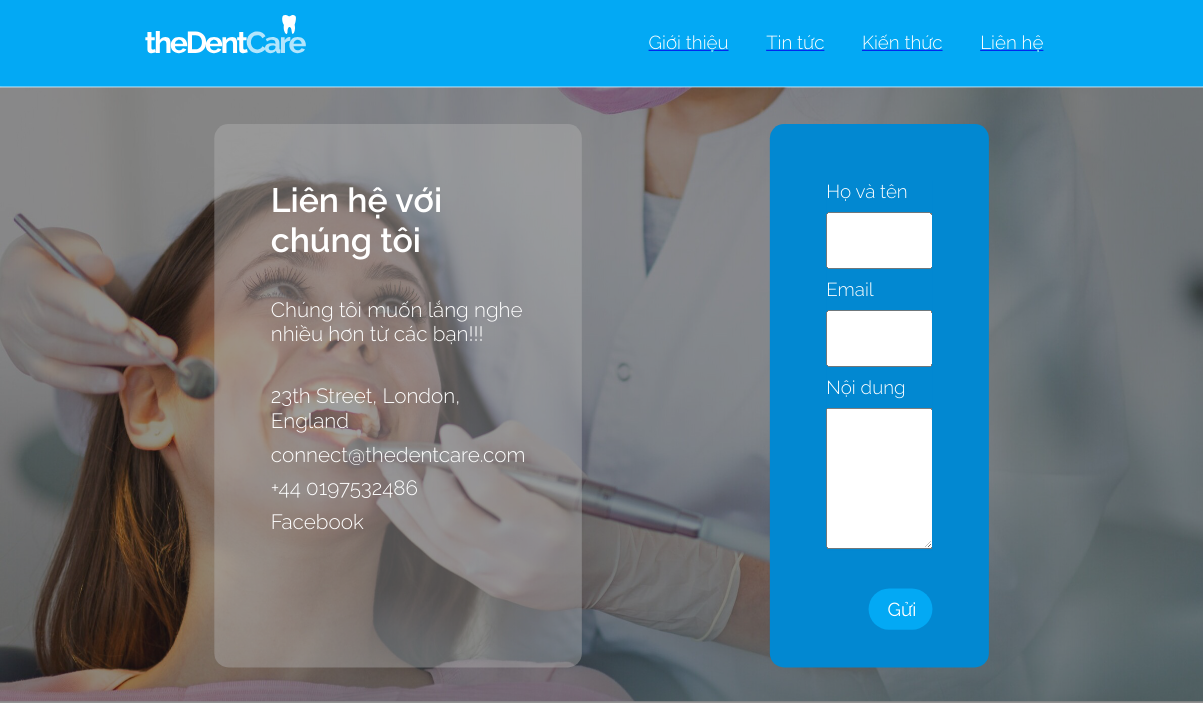
Repository: vantoan19/theDentCare
Page: /contact (app in theDentalCare/the-dental-care/)
These files come from the project's save history. The page is drawn as it stood at one moment and after the next save; the edit follows.
The browser window is 1280 px wide. The pictures show the whole page, at 94% of full size.
The project was rebuilt for these pictures with package versions that can differ from the ones it lists, and the page was loaded fresh each time. The framework's server and built-in components were replaced by stand-ins that run in the browser.

Above is the page before, as saved 2022-09-23 21:00:53.

After the next save:
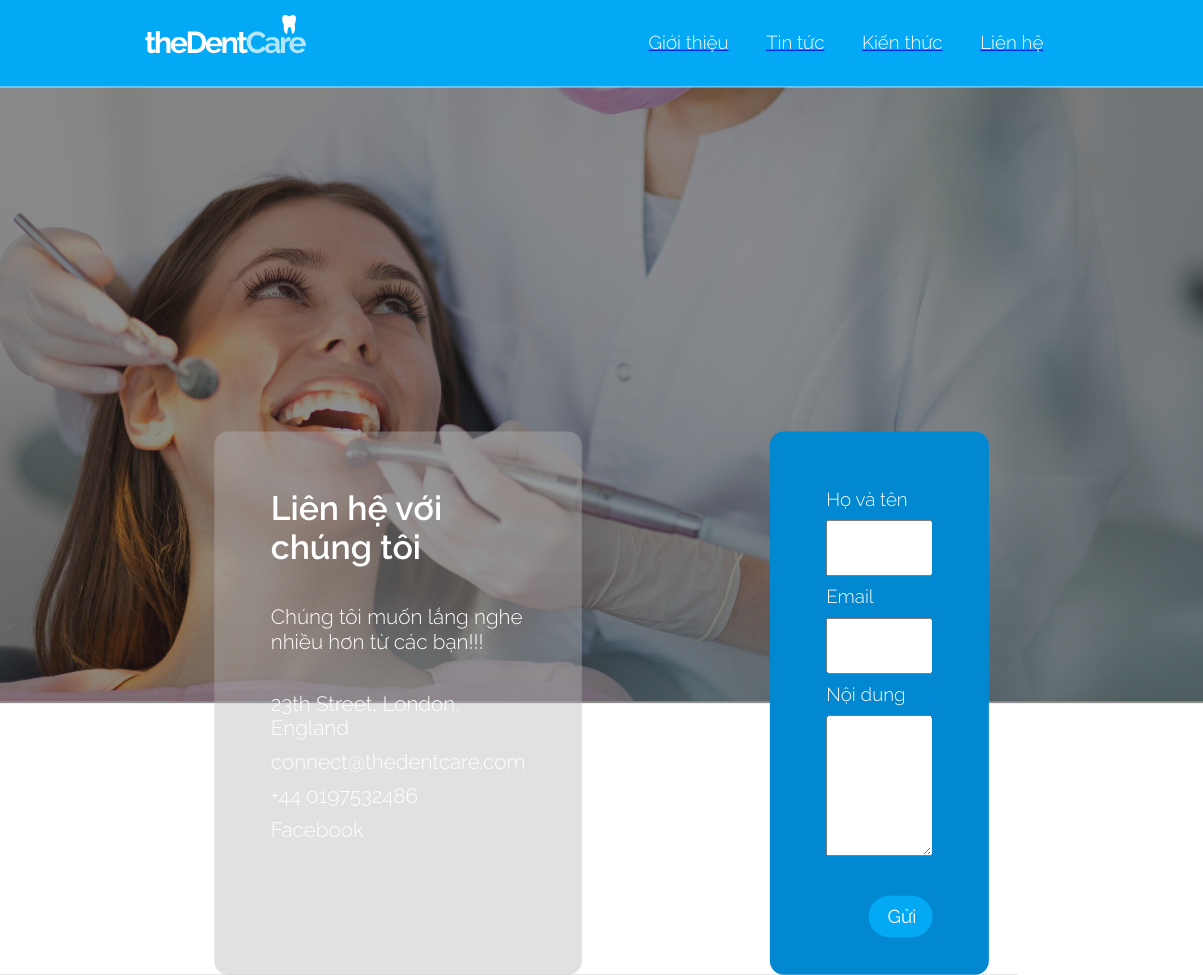
Saved 9 s later.
--- a/theDentalCare/the-dental-care/pages/contact/index.js
+++ b/theDentalCare/the-dental-care/pages/contact/index.js
@@ -91,12 +91,12 @@ export default function Contact() {
   return (
     <Fragment>
       <NavBar />
+      <BackgroundImage
+        src="/contact_image.jpeg"
+        alt="contact background image"
+        isMasked
+      />
       <ContactContainer>
-        <BackgroundImage
-          src="/contact_image.jpeg"
-          alt="contact background image"
-          isMasked
-        />
         <Flex>
           <InfoCard>
             <ContactInfoWrapper>
